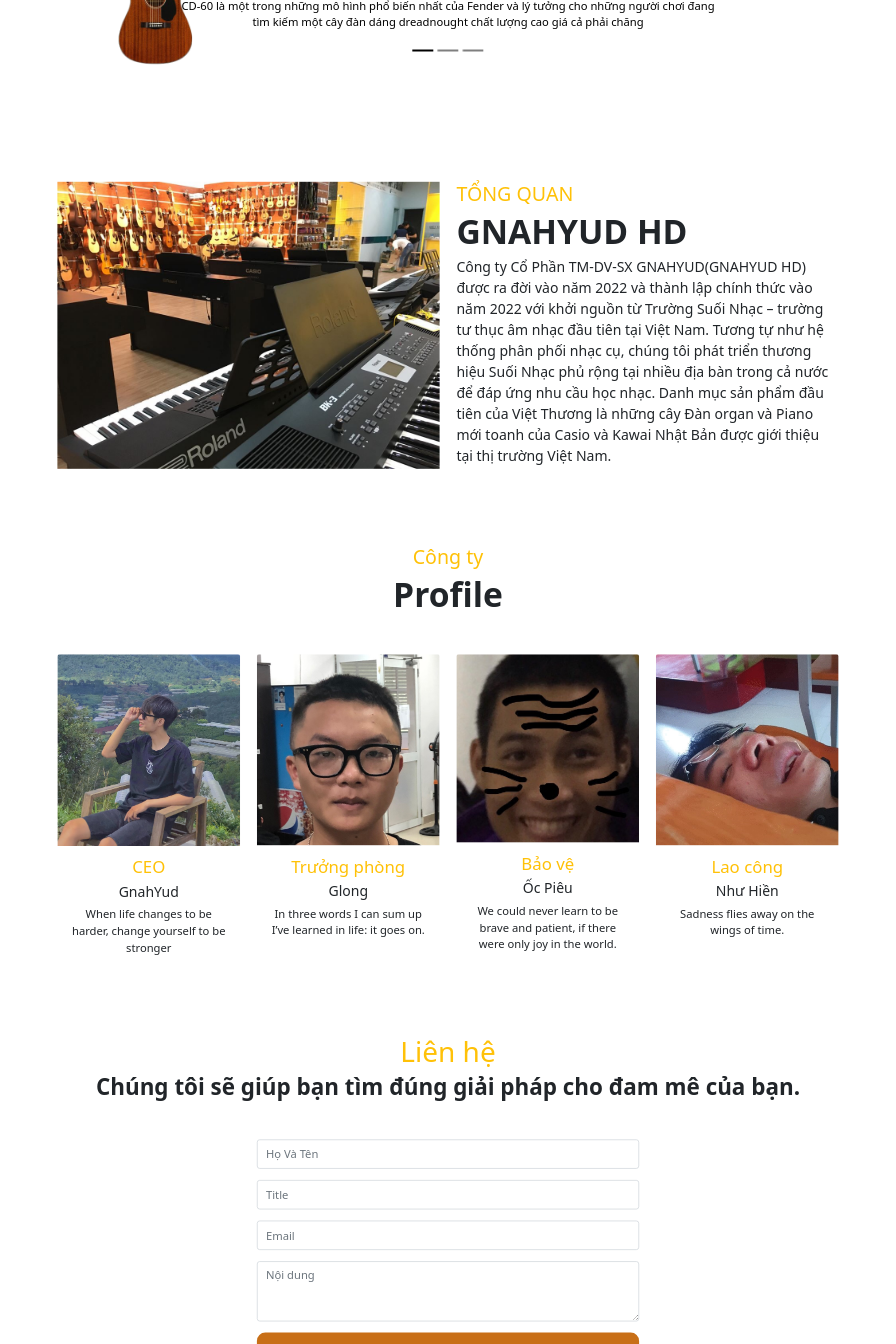
Repository: HoangDuy315/guitar
Page: index.html
The author's editor kept a copy of each file at every save. The page is drawn from the files as they stood at one save, then again after the next save.
The browser window is 1280 px wide. The pictures show the part of the page from y = 2424 to 4344 px (the page is 4938 px tall before and 4930 px after), at 70% of full size.
Some web libraries are served in a nearby version.

Above is the page before, as saved 2022-09-17 20:17:10.

After the next save:
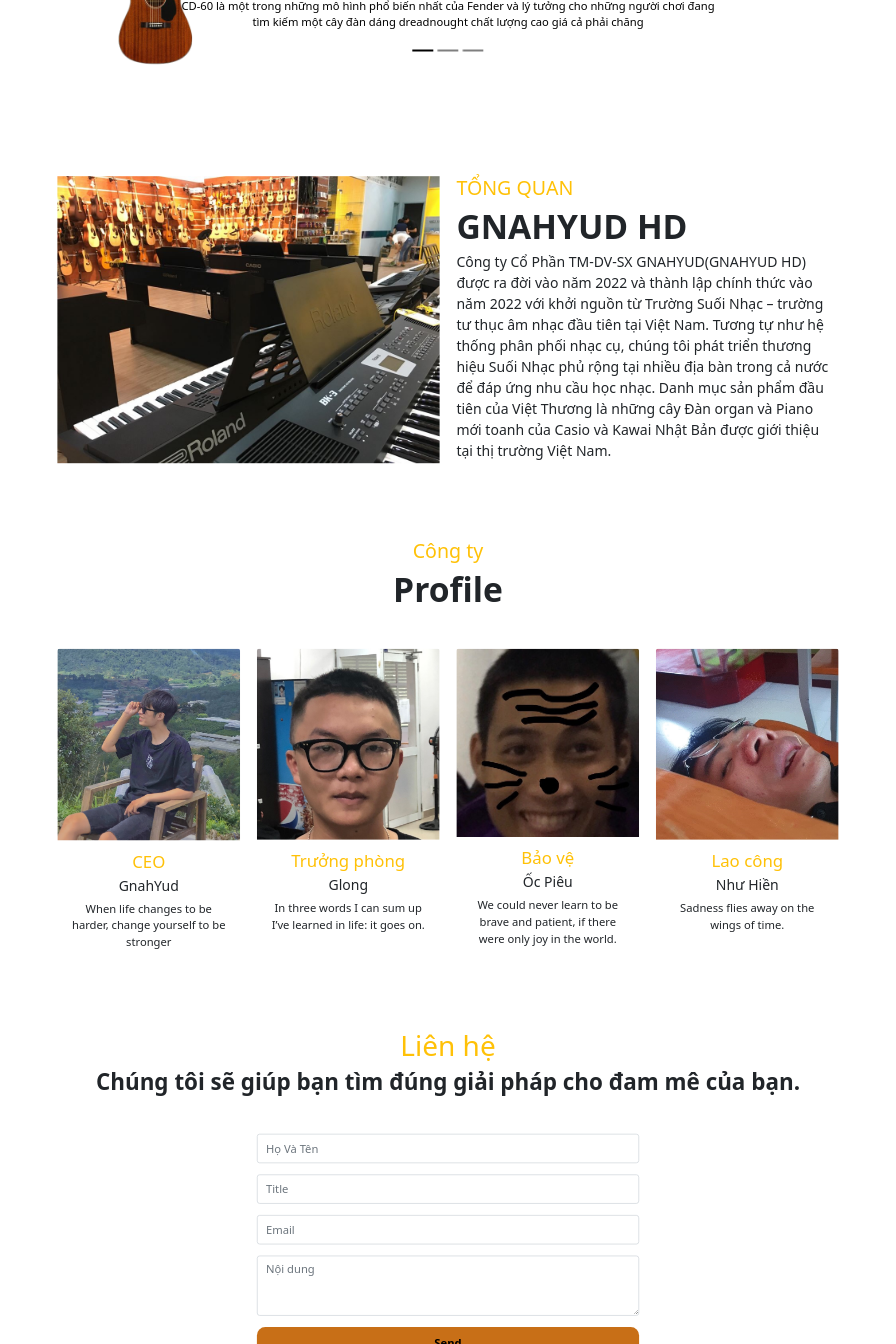
Saved 21 s later.
--- a/index.html
+++ b/index.html
@@ -199,7 +199,7 @@
      <!-- Carousel -->
      <section id="menu">
       <div class="container my-5 py-5">
-          <div class="row mb-3">
+          <div class="row mb-2">
               <div class="col-12 text-center">
                 <div id="carouselExampleDark" class="carousel carousel-dark slide" data-bs-ride="carousel">
                       <div class="carousel-indicators">
